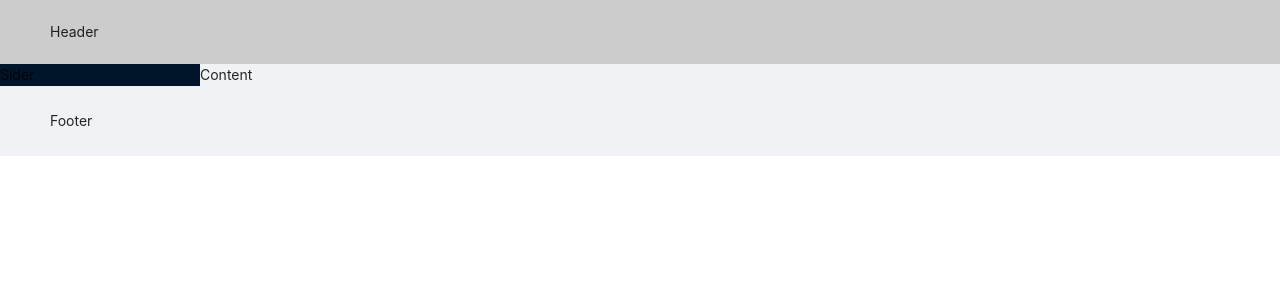
Repository: fangxueliang/react-redux-
Page: /
An editor plug-in stored every save of this project. The page is shown before and after the next save, followed by the edit.
The browser window is 1280 px wide. The pictures show the whole page.
The project was rebuilt for these pictures with package versions that can differ from the ones it lists, and the page was loaded fresh each time.

Above is the page before, as saved 2020-12-29 17:02:53.

### public/index.html
<!DOCTYPE html>
<html lang="en">
  <head>
    <meta charset="utf-8" />
    <meta name="theme-color" content="#000000" />
    <meta name="description" content="Web site created using create-react-app" />
    <title>React App</title>
  </head>
  <body>
    <div id="root"></div>
  </body>
</html>

### src/index.js
// 主入口文件
import React from 'react';
import ReactDOM from 'react-dom';
import App from './App';
import './Common/CSS/layout.css'

ReactDOM.render(
  <div style={{width:'100%',height:'100%'}}>
     <App/>
 </div>,
  document.getElementById('root')
);

### src/App.js
import { Layout } from 'antd';
import "antd/dist/antd.css"
const { Header, Footer, Content,Sider } = Layout;

function App() {
  return (
    <Layout>
      <div className="App_layout">
      <Header>Header</Header>
      <Layout>
        <Sider>Sider</Sider>
        <Content>Content</Content>
      </Layout>
      <Footer>Footer</Footer>
      </div>
    </Layout>
  );
}
export default App;

### src/Common/CSS/layout.css
/* 布局样式  */
.App_layout .ant-layout-header{
background: #ccc;
}

After the next save:
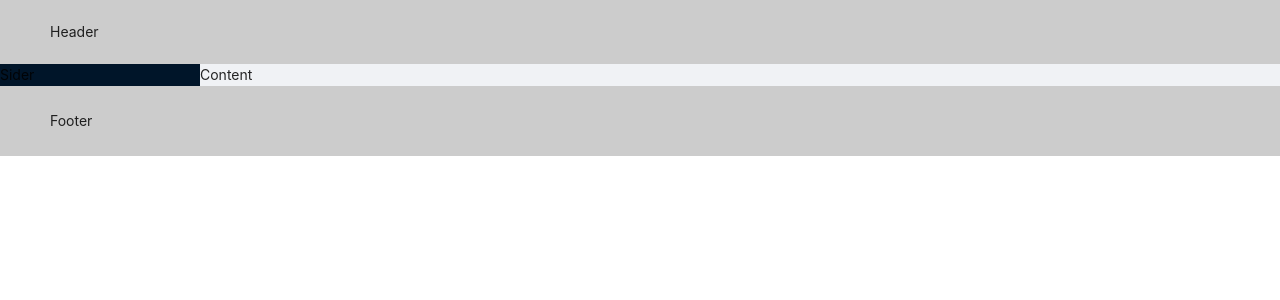
Saved 93 s later.
--- a/src/Common/CSS/layout.css
+++ b/src/Common/CSS/layout.css
@@ -2,3 +2,6 @@
 .App_layout .ant-layout-header{
 background: #ccc;
 }
+.App_layout .ant-layout-footer{
+    background: #ccc;
+}
